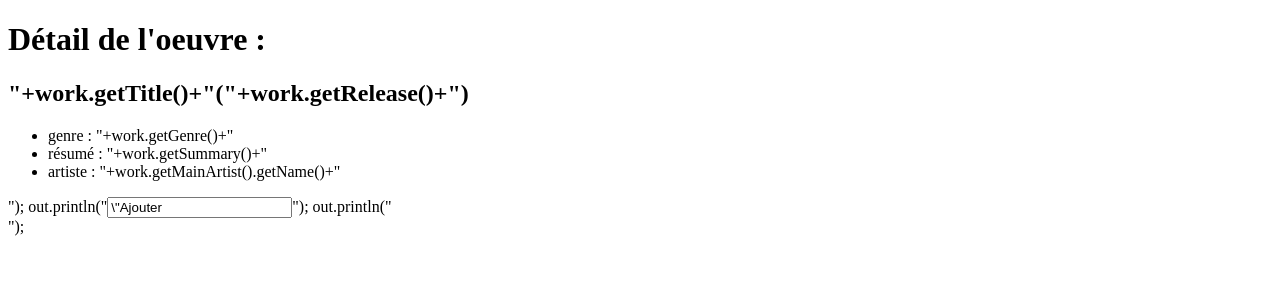
Repository: Fabff/javaWebService
Page: http://localhost/frontoffice/WEB-INF/work-details.jsp
The author's editor kept a copy of each file at every save. The page is drawn from the files as they stood at one save, then again after the next save.
The browser window is 1280 px wide. The pictures show the whole page.
The page is served by Tomcat 9. Nobody is signed in. The template is opened directly, without the code that normally fills it, so the values that code supplies are empty.

Above is the page before, as saved 2023-04-22 18:54:45.

After the next save:
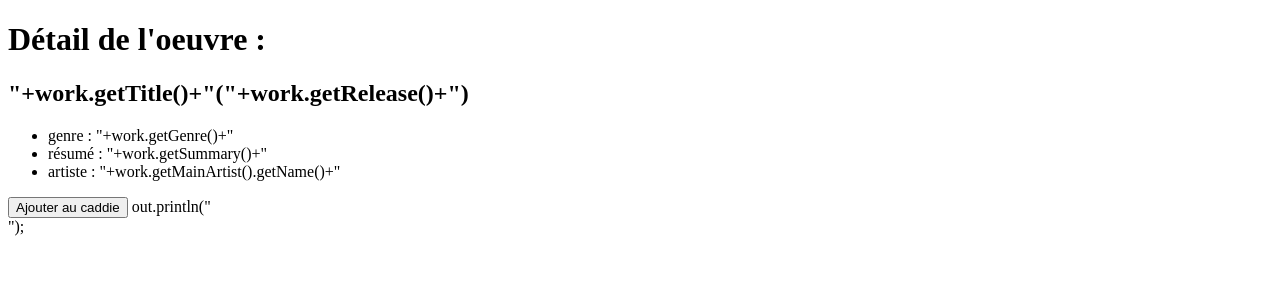
Saved 18 s later.
--- a/frontoffice/src/main/webapp/WEB-INF/work-details.jsp
+++ b/frontoffice/src/main/webapp/WEB-INF/work-details.jsp
@@ -17,8 +17,8 @@
 
 
 <form action="addToCart" method="POST">
-<input type="hidden" name="identifiant" value="+work.getId()+"/>");
-			out.println("<input type=\"submit\" value=\"Ajouter au caddie\"/>");
+<input type="hidden" name="identifiant" value="+work.getId()+"/>
+<input type="submit" value="Ajouter au caddie"/>
 			out.println("</form>");
 </body>
 </html>
